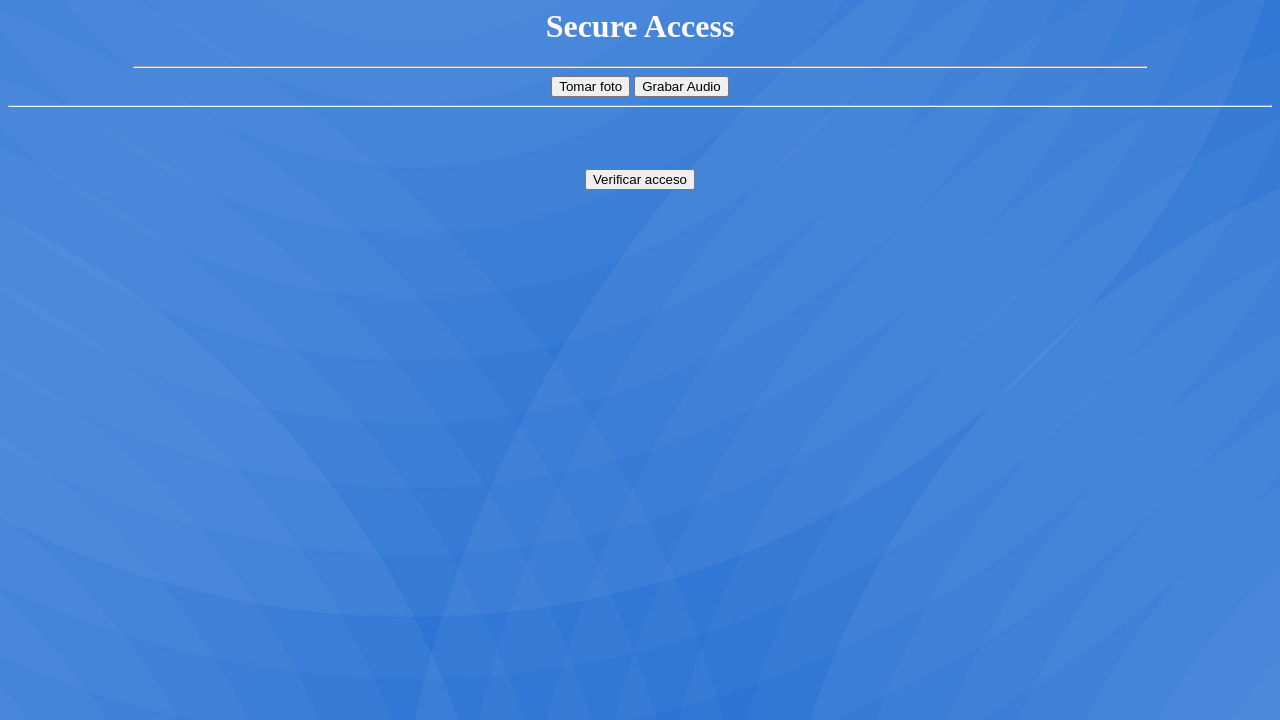
Repository: dabarreiroh/SECURE-ACCESS
Page: accessecure/templates/home/index.html
An editor plug-in stored every save of this project. The page is shown before and after the next save, followed by the edit.
The browser window is 1280 px wide. The pictures show the whole page.

Above is the page before, as saved 2020-03-16 23:03:44.

### accessecure/templates/home/index.html
<html>
    <head>
        <link rel="stylesheet" href="./../../static/admin/css/index/index.css">
    </head>
<body>

<h1>Secure Access</h1>
<hr width="80%">
        <input type="button" value="Tomar foto" onClick="window.location.href='photo'">
        <input type="button" value="Grabar Audio" onClick="window.location.href='audio'">
        <hr>


        <br><br><br>
            <div>
                <input type="button" value="Verificar acceso" onClick="window.location.href='verified'">
            </div>
</body>
</html>

### accessecure/static/admin/css/index/index.css
*{
    text-align: center;
}

body{
    background-image: url(../../img/background.jpg);
    background-size: cover;
}

h1{
    color: snow;
}

hr{
    background-color: darkblue;
}

After the next save:
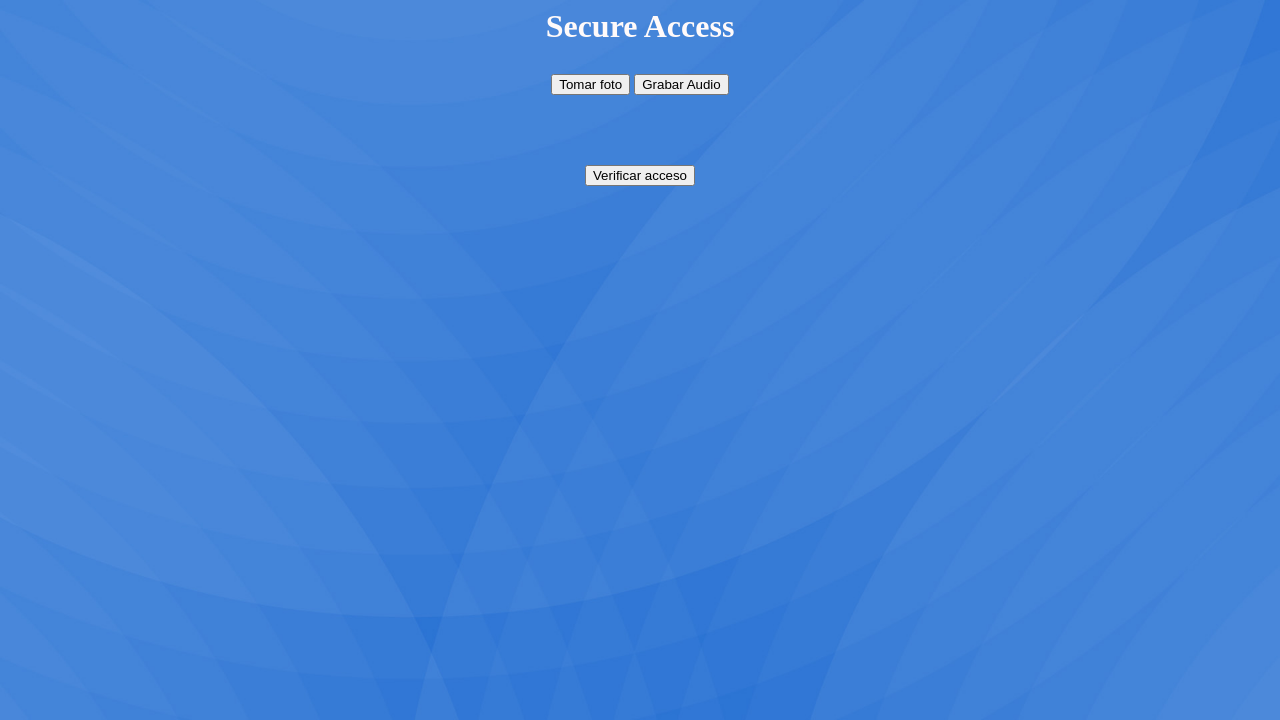
Saved 68 s later.
--- a/accessecure/static/admin/css/index/index.css
+++ b/accessecure/static/admin/css/index/index.css
@@ -12,5 +12,5 @@ h1{
 }
 
 hr{
-    background-color: darkblue;
+    border: darkblue;
 }
